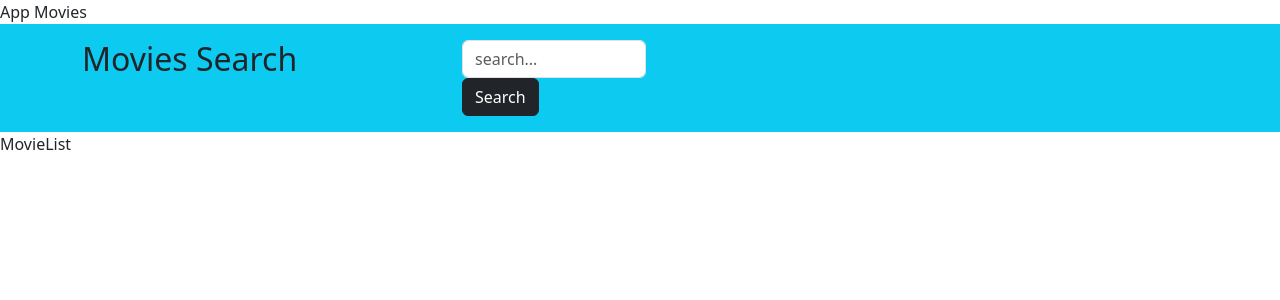
Repository: saargold/reactTest
Page: /movies
The author's editor kept a copy of each file at every save. The page is drawn from the files as they stood at one save, then again after the next save.
The browser window is 1280 px wide. The pictures show the whole page.
The project was rebuilt for these pictures with package versions that can differ from the ones it lists, and the page was loaded fresh each time. Also part of the build but not shown: src/App.css, src/api/Apicomp.js.

Above is the page before, as saved 2022-09-07 12:47:25.

### src/App.js
import logo from './logo.svg';
import './App.css';
import Apicomp from './api/Apicomp';
import AppMovies from './components/AppMovies';
function App() {
  return (
    <div className="App">
    {/* <Apicomp/> */}
    <AppMovies/>
    </div>
  );
}

export default App;

### src/components/AppMovies.js
import React from 'react'
import { MoviesInput } from '../input/MoviesInput'
import { MovieList } from './MovieList'

function AppMovies() {
  return (
    <div>
      App Movies
      <MoviesInput/>
      <MovieList/>
    </div>
  )
}

export default AppMovies

### src/input/MoviesInput.js
import React from 'react'

export const MoviesInput = (props) => {
  return (
    <div className='container-fluid bg-info p-3'>
    <div className='container'>
    <div className="row">
        <div className='col-lg-4'>
            <h2>Movies Search</h2>
        </div>
        <div className='col-lg-8'>
            <input placeholder='search...' type="search" className='form-control w-25'/>
            <button className='btn btn-dark'>Search</button>
        </div>
    </div>

    </div>


    </div>
  )
}

### src/components/MovieList.js
import React from 'react'

export const MovieList = (props) => {
  return (
    <div>MovieList</div>
  )
}

Loaded but not shown: public/index.html (common file); src/index.js (common file); src/index.css (common file); src/reportWebVitals.js (common file)

After the next save:
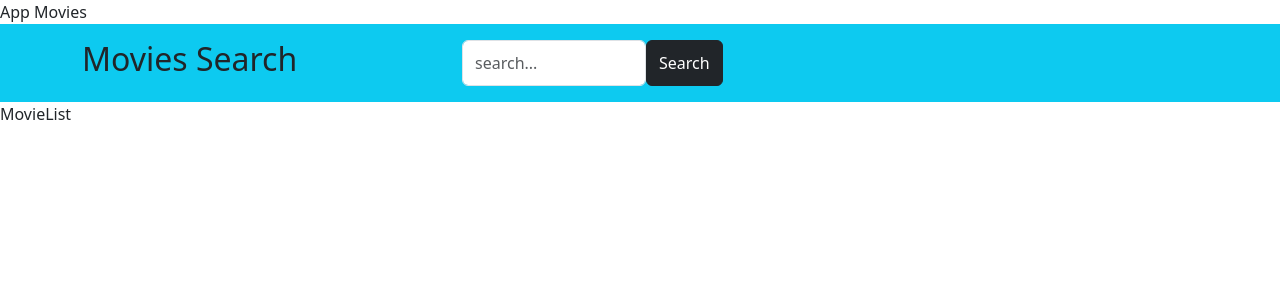
Saved 17 s later.
--- a/src/input/MoviesInput.js
+++ b/src/input/MoviesInput.js
@@ -8,7 +8,7 @@ export const MoviesInput = (props) => {
         <div className='col-lg-4'>
             <h2>Movies Search</h2>
         </div>
-        <div className='col-lg-8'>
+        <div className='col-lg-8 d-flex'>
             <input placeholder='search...' type="search" className='form-control w-25'/>
             <button className='btn btn-dark'>Search</button>
         </div>
